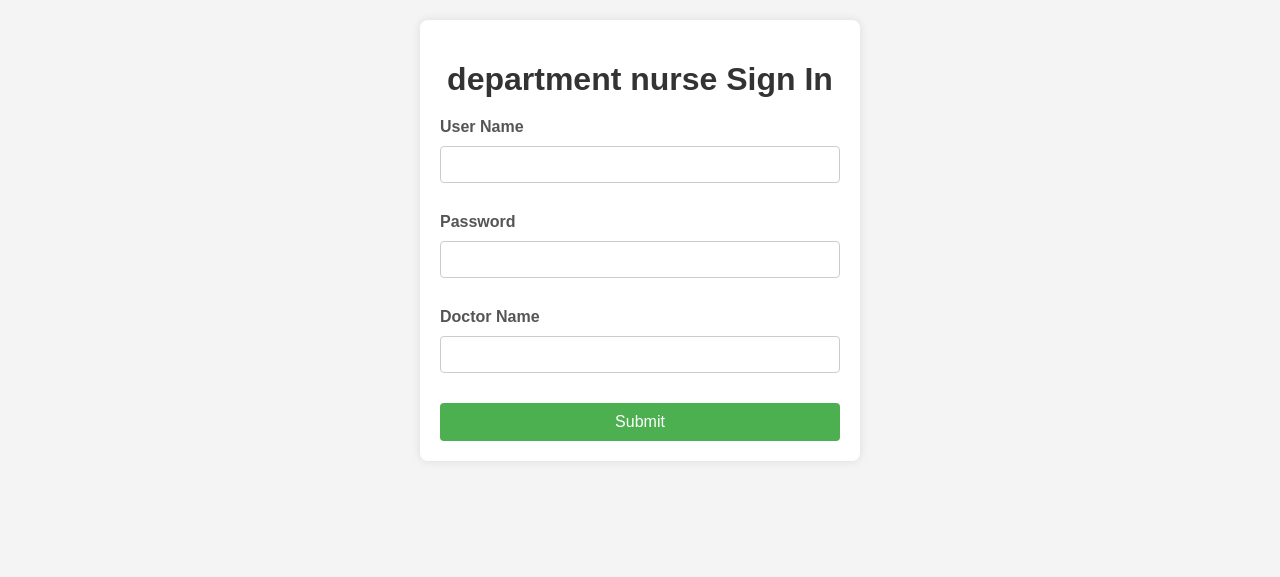
Repository: OmarAl-Saleh/Hospital-Emergency-System
Page: http://localhost/EmergencySystem/department_nurse/sign-in.jsp
An editor plug-in stored every save of this project. The page is shown before and after the next save, followed by the edit.
The browser window is 1280 px wide. The pictures show the whole page.
The page is served by Tomcat 9.

Above is the page before, as saved 2024-05-25 18:07:06.

After the next save:
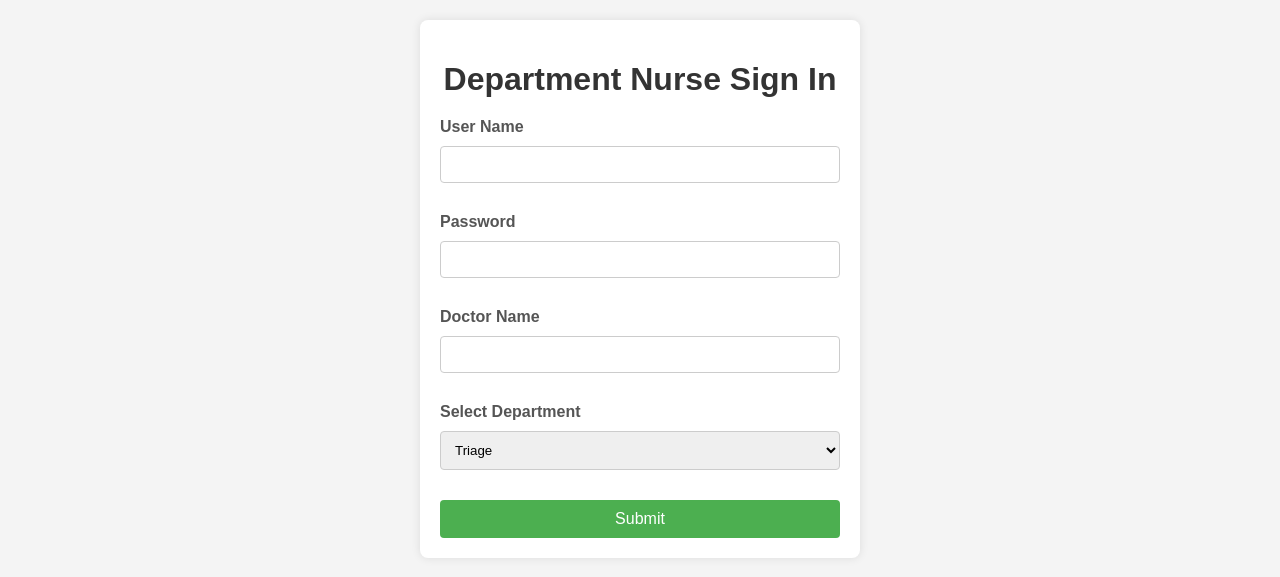
Saved 6 min 58 s later.
--- a/EmergencySystem/EmergencySystem/src/main/webapp/department_nurse/sign-in.jsp
+++ b/EmergencySystem/EmergencySystem/src/main/webapp/department_nurse/sign-in.jsp
@@ -43,6 +43,15 @@
         box-sizing: border-box;
     }
 
+    select {
+        width: 100%;
+        padding: 10px;
+        margin-bottom: 15px;
+        border: 1px solid #ccc;
+        border-radius: 4px;
+        box-sizing: border-box;
+    }
+
     input[type="submit"] {
         background-color: #4CAF50;
         color: white;
@@ -65,7 +74,7 @@
 </head>
 <body>
 <form action="department_nurse" method="get">
-    <h1>department nurse Sign In</h1>
+    <h1>Department Nurse Sign In</h1>
     <input type="hidden" name="source" value="sign-in"/>
     <div class="form-group">
         <label for="name">User Name</label>
@@ -75,10 +84,22 @@
         <label for="password">Password</label>
         <input type="password" id="password" name="password" required/>
     </div>
-     <div class="form-group">
-            <label for="doctor">Doctor Name</label>
-            <input type="text" id="doctor" name="doctor" required/>
-        </div>
+    <div class="form-group">
+        <label for="doctor">Doctor Name</label>
+        <input type="text" id="doctor" name="doctor" required/>
+    </div>
+    <div class="form-group">
+        <label for="department">Select Department</label>
+        <select id="department" name="department" required>
+            <option value="Triage">Triage</option>
+            <option value="Treatment Rooms">Treatment Rooms</option>
+            <option value="Resuscitation Area">Resuscitation Area</option>
+            <option value="Diagnostic Imaging">Diagnostic Imaging</option>
+            <option value="Laboratory">Laboratory</option>
+            <option value="Observation Area">Observation Area</option>
+            <option value="Psychiatric Emergency Services">Psychiatric Emergency Services</option>
+        </select>
+    </div>
     <input type="submit" value="Submit"/>
 </form>
 </body>
